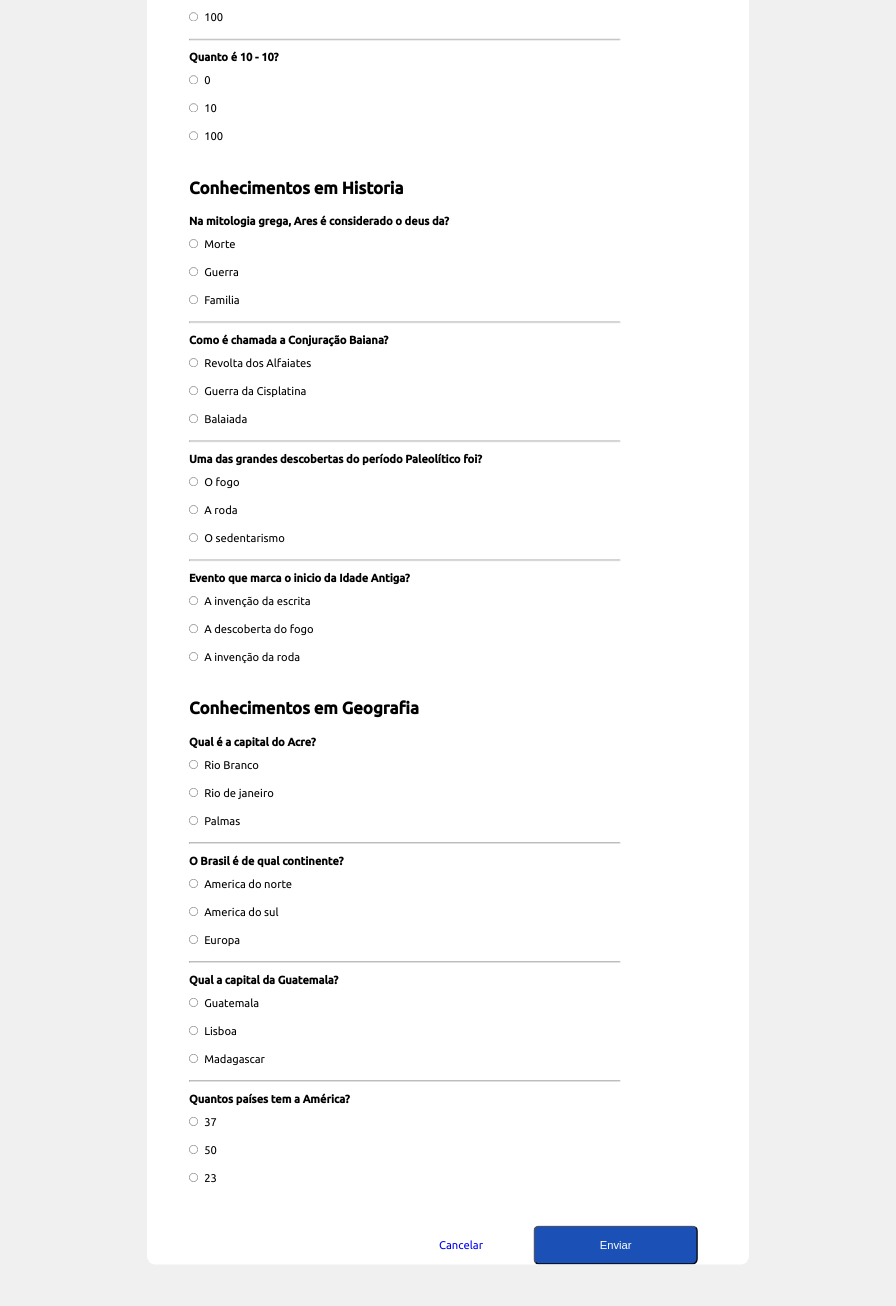
Repository: Delei09/desafioPerguntas
Page: / (app in frontend/)
The author's editor kept a copy of each file at every save. The page is drawn from the files as they stood at one save, then again after the next save.
The browser window is 1280 px wide. The pictures show the part of the page from y = 692 to 2612 px (the page is 2558 px tall before and 2612 px after), at 70% of full size.
The project was rebuilt for these pictures with package versions that can differ from the ones it lists, and the page was loaded fresh each time.

Above is the page before, as saved 2021-08-18 15:06:43.

After the next save:
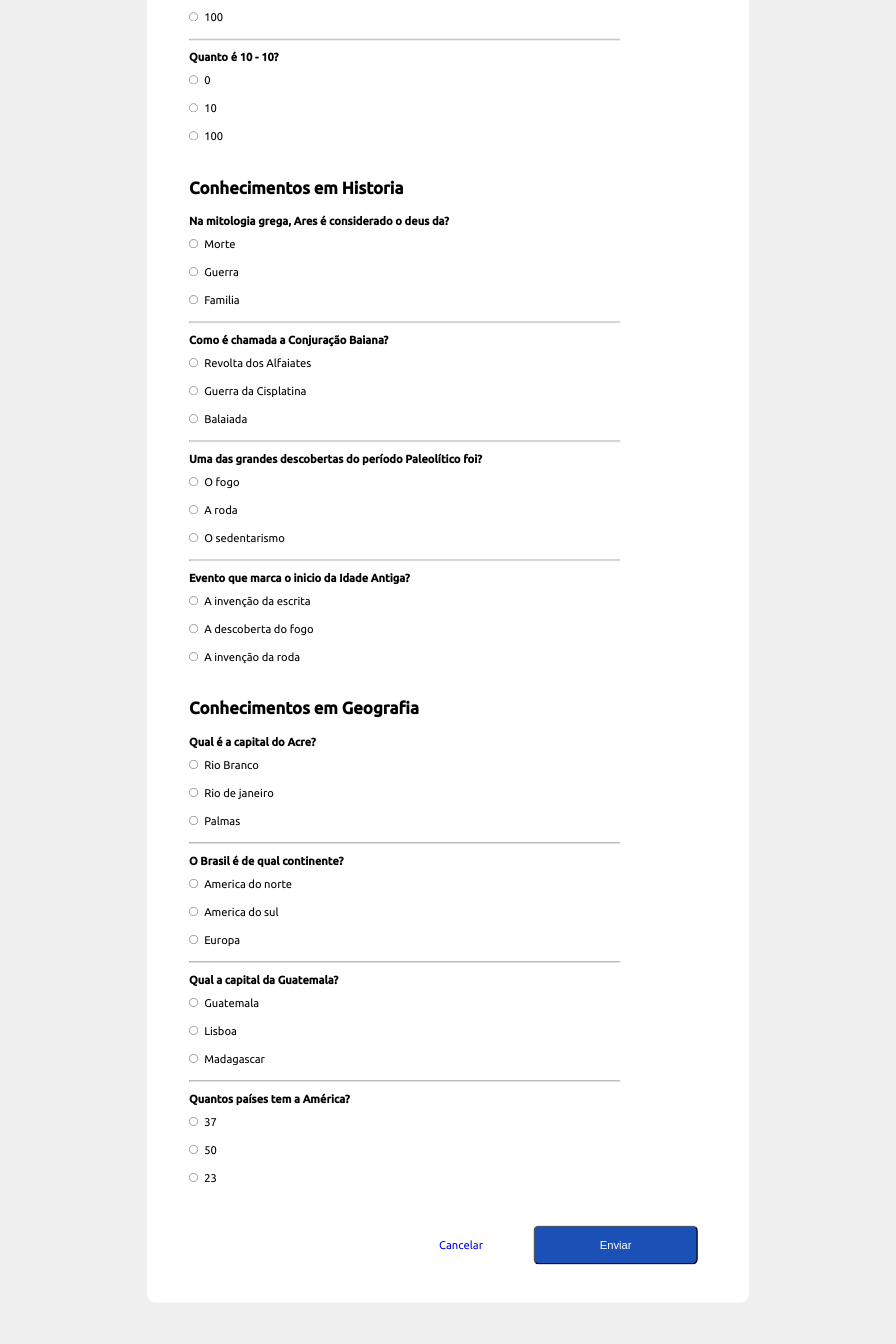
Saved 12 s later.
--- a/frontend/src/styles/home.scss
+++ b/frontend/src/styles/home.scss
@@ -4,7 +4,7 @@
  justify-content: flex-end;
  margin-right:73px;
  margin-top: 59px;
- margin-bottom: 54px;
+ padding-bottom: 54px;
 
  gap: 72px;
   button{
